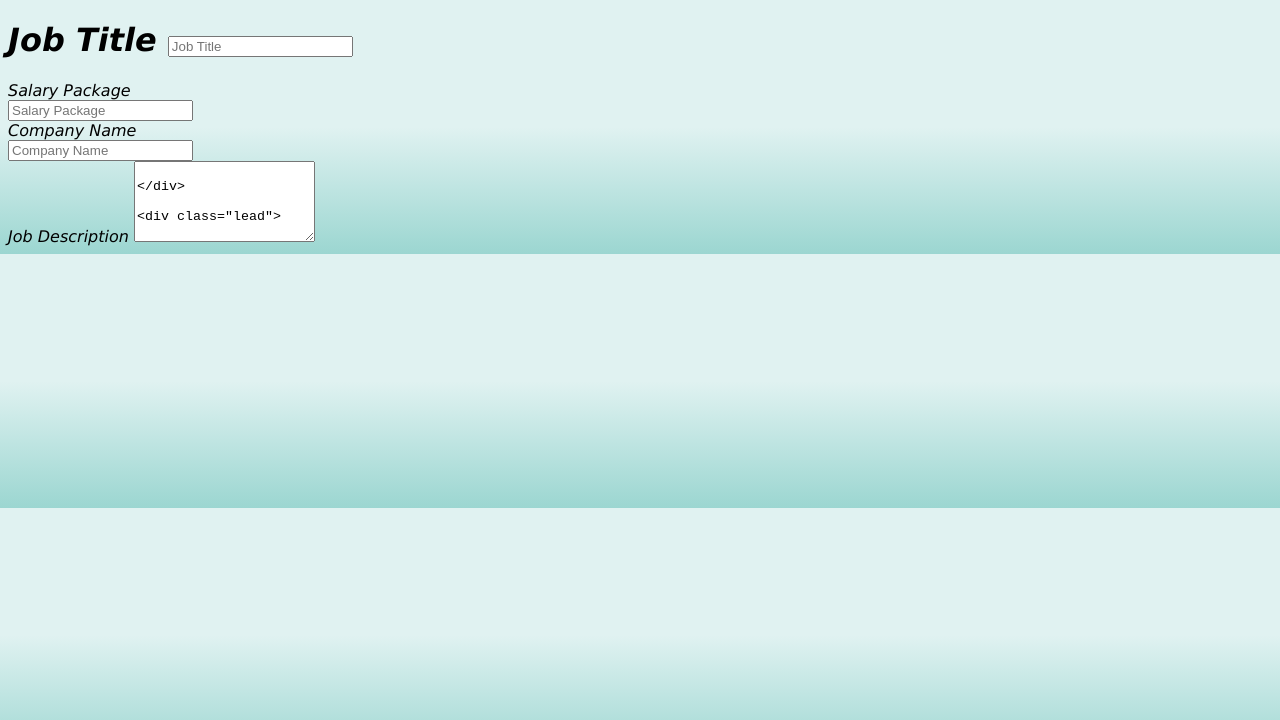
Repository: Indurupi/FriendZone
Page: FriendZoneFrontEnd/WebContent/createjob.html
The author's editor kept a copy of each file at every save. The page is drawn from the files as they stood at one save, then again after the next save.
The browser window is 1280 px wide. The pictures show the whole page.

Above is the page before, as saved 2017-03-18 15:43:34.

After the next save:
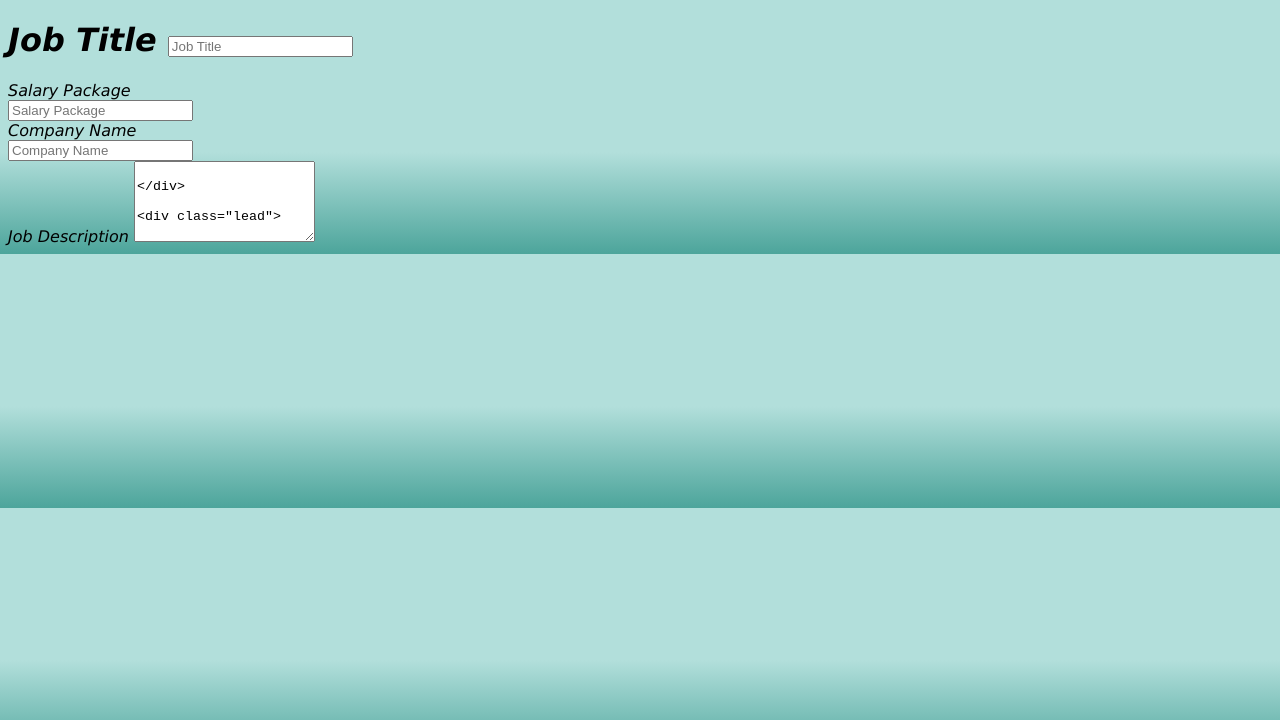
Saved 44 s later.
--- a/FriendZoneFrontEnd/WebContent/createjob.html
+++ b/FriendZoneFrontEnd/WebContent/createjob.html
@@ -5,7 +5,7 @@
 <title>FriendZone</title>
 <style type="text/css">
 body {
-	background: linear-gradient(to bottom, #e0f2f1 50%, #80cbc4 120%);
+	background: linear-gradient(to bottom, #b2dfdb 60%, #00796b 130%);
 	font-family: Verdana, san-serif;
 	font-style: italic;
 }

After the save that followed:
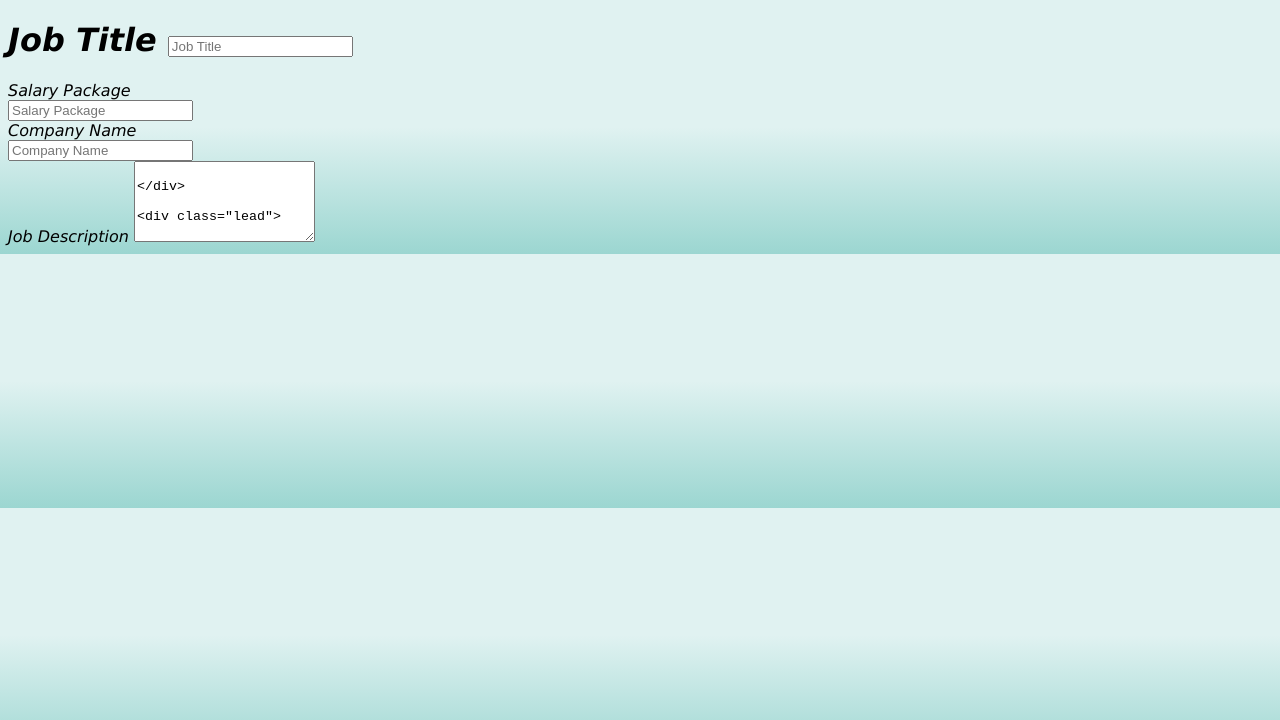
Saved 28 s later.
--- a/FriendZoneFrontEnd/WebContent/createjob.html
+++ b/FriendZoneFrontEnd/WebContent/createjob.html
@@ -5,7 +5,7 @@
 <title>FriendZone</title>
 <style type="text/css">
 body {
-	background: linear-gradient(to bottom, #b2dfdb 60%, #00796b 130%);
+	background: linear-gradient(to bottom, #e0f2f1 50%, #80cbc4 120%);
 	font-family: Verdana, san-serif;
 	font-style: italic;
 }
